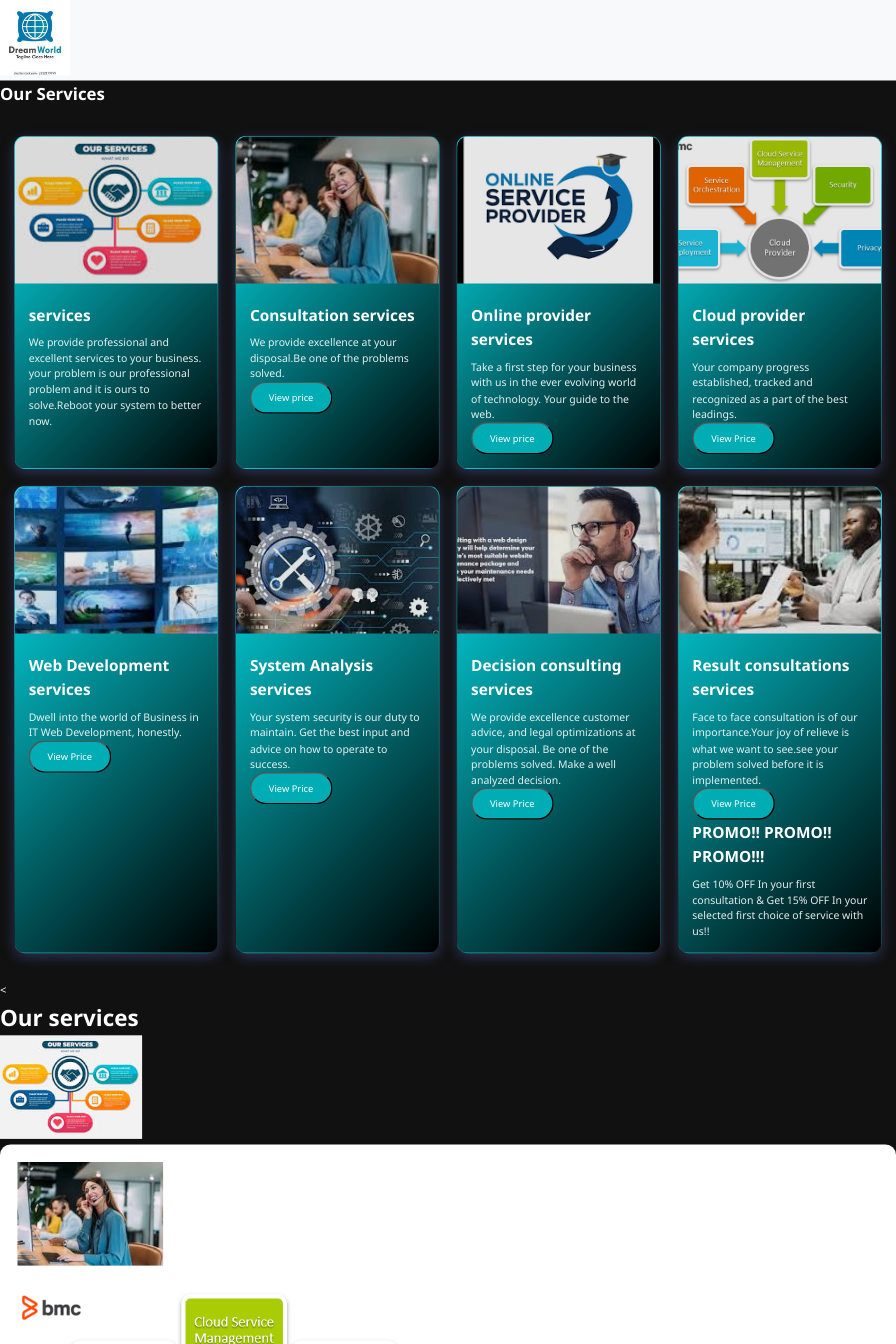
Repository: za569/WEDE5020-HTML-CSS-JavaScript-Zanda-Rubuxa-PART-3
Page: services.html
These files come from the project's save history. The page is drawn as it stood at one moment and after the next save; the edit follows.
The browser window is 1280 px wide. The pictures show the part of the page from y = 0 to 1920 px (the page is 3353 px tall before and 3328 px after), at 70% of full size.

Above is the page before, as saved 2026-06-03 12:50:52.
Console error: TypeError: document.getElementsById is not a function

### services.html
<!DOCTYPE html>
<html lang="en">
<head>
    <meta charset="UTF-8">
    <meta name="viewport" content="width=device-width, initial-scale=1.0">
    <title>Dreamworlds holdings|about</title>
    <img src="images/logo.jpg" width="100px" length="500px" alt="logo">
    <link rel="stylesheet" href="style.css">
</head>
<body>

    <header>

    <section class="services-page">
        <h2>Our Services</h2>
        <div class="services-grid">

        <div class="service-card">
            <img src="images/services.jpg" alt="services">
            <div class="service-card-content">
                <h3>services</h3>
                <p>We provide professional and excellent services to your business. your problem is our professional problem and it is ours to solve.Reboot your system to better now.</p>
            </div>
        </div>

        <div class="service-card">
            <img src="images/service 1 img.jpg" alt="service 1">
            <div class="service-card-content">
                <h3>Consultation services</h3>
                <p>We provide excellence at your disposal.Be one of the problems solved.</p>
                <button class="btn price-btn" data-price="R1050">View price</button>
            </div>
        </div>

        <div class="service-card">
            <img src="images/service 2 img.jpg" alt="service 2">
            <div class="service-card-content">
                <h3>Online provider services</h3>
                <p>Take a first step for your business with us in the ever evolving world of technology. Your guide to the web.</p>
                <button class="btn price-btn" data-price="R2500">View price</button>
            </div>
        </div>

        <div class="service-card">
            <img src="images/service 3 img.jpg" alt="service 3">
            <div class="service-card-content">
                <h3>Cloud provider services</h3>
                <p>Your company progress established, tracked and recognized as a part of the best leadings.</p>
                <button class="btn price-btn" data-price="R3500">View Price</button>
            </div>
        </div>

        <div class="service-card">
            <img src="images/service 4.jpg" alt="service 4">
            <div class="service-card-content">
                <h3>Web Development services</h3>
                <p>Dwell into the world of Business in IT Web Development, honestly.</p>
                <button class="btn price-btn" data-price="R4000">View Price</button>
            </div>
        </div>

        <div class="service-card">
            <img src="images/service 5.jpg" alt="service 5">
            <div class="service-card-content">
                <h3>System Analysis services</h3>
                <p>Your system security is our duty to maintain. Get the best input and advice on how to operate to success.</p>
                <button class="btn price-btn" data-price="R3000">View Price</button>
            </div>
        </div>

    <div class="service-card">
            <img src="images/service 5(2).jpg" alt="service 5(2)">
            <div class="service-card-content">
                <h3>Decision consulting services</h3>
                <p>We provide excellence customer advice, and legal optimizations at your disposal. Be one of the problems solved. Make a well analyzed decision.</p>
                <button class="btn price-btn" data-price="R2000">View Price</button>
            </div>
    </div>

        <div class="service-card">
            <img src="images/service experience.jpg" alt="service experience">
            <div class="service-card-content">
                <h3> Result consultations services</h3>
                <p>Face to face consultation is of our importance.Your joy of relieve is what we want to see.see your problem solved before it is implemented.</p>
                <button class="btn price-btn" data-price="R2000">View Price</button>

                <h3>PROMO!! PROMO!! PROMO!!!</h3>
                <p>Get 10% OFF In your first consultation & Get 15% OFF In your selected first choice of service with us!!</p>
            </div>
        </div>
    </div>
</section>
<

    <main class="container">
        <h1>Our services</h1>
        <img src="images/services.jpg" alt="services">

        <div class="grid-3">
            <div class="card">
                <img src="images/service 1 img.jpg" alt="service 1">
                <h3>Web Design</h3>
                <img src="images/service 3 img.jpg" alt="service 3">
                <p>Custom HTML/CSS layouts tailored to your brand.</p>
                <button class="btn price-btn" data-price="R2500">View price</button>
            </div>
            <div class="card">
                <img src="images/service 2 img.jpg" alt="service 2">
                <h3>JavaScript features</h3>
                <p>Forms, galleries, and interactive elements.</p>
                <img src="images/service 4.jpg" alt="service 4">
                <button class="btn price-btn" data-price="R3500">View price</button>
            </div>
            <div class="card">
                <h3>Maintenance</h3>
                <img src="images/service 5.jpg" alt="service 5">
                <p>Monthly updates and bug fixes.</p>
                <img src="images/service 5(2).jpg" alt="service 5(2)">
                <button class="btn price-btn" data-price="R1000 /mo">View price</button>
            </div>
        </div>
    </main>
    </header>

    <footer>&copy; 2026 Dreamworlds holdings.</footer>

    <script src="js/script.js"></script>


</body>
</html>

### style.css
* {
    margin: 0;
    padding: 0;
    box-sizing: border-box;
    font-family: 'Segoe UI', Tahoma, Geneva, Verdana, sans-serif;
}

body {
    background: #f8f9fa;
    color: #333;
    line-height: 1.6;
}

header {
    background: #111;
    color: #fff;
    position: sticky;
    top: 0;
    z-index: 1000;
}

* ==========================================================================
BALANCED 3-COLUMN LAYOUT WITH PROPORTIONAL INTEGRATED MAP
========================================================================== */

.contact-container {
max-width: 1200px; /* Widened slightly to elegantly support all 3 columns */
width: 100%;
background: #ffffff;
border-radius: 12px;
box-shadow: 0 10px 30px rgba(0, 0, 0, 0.08);
overflow: hidden;
margin: 40px auto;
}

.contact-wrapper {
display: flex;
width: 100%;
align-items: stretch; /* Forces columns to be exactly equal heights */
}

/* COLUMN 1: SIDE DETAILS PANEL */
.side-details {
flex: 0.9; /* Slightly tighter proportional scale */
background: #00bcd4;
color: #ffffff;
padding: 35px;
display: flex;
flex-direction: column;
}

.side-details h2 {
font-size: 1.8rem;
font-weight: 700;
margin-bottom: 12px;
color: #ffffff;
}

.side-desc {
font-size: 0.85rem;
line-height: 1.5;
opacity: 0.9;
margin-bottom: 30px;
}

.info-links {
display: flex;
flex-direction: column;
gap: 25px;
}

.info-item {
display: flex;
align-items: flex-start;
gap: 15px;
}

.info-icon {
background: rgba(255, 255, 255, 0.2);
width: 44px;
height: 44px;
border-radius: 50%;
display: flex;
align-items: center;
justify-content: center;
font-size: 1.1rem;
flex-shrink: 0;
}

.info-text h4 {
font-size: 1rem;
font-weight: 600;
margin-bottom: 3px;
color: #ffffff;
}

.info-text p {
font-size: 0.85rem;
opacity: 0.85;
line-height: 1.4;
}

/* COLUMN 2: FORM BOX CONTAINER */
.form-container {
flex: 1.2;
padding: 35px;
background: #ffffff;
position: relative;
}

.form-container h2 {
font-size: 1.8rem;
color: #333333;
margin-bottom: 25px;
font-weight: 600;
}

.input-group {
margin-bottom: 15px;
}

.input-group label {
display: block;
font-size: 0.85rem;
font-weight: 500;
color: #666666;
margin-bottom: 6px;
text-align: left;
}

.input-group input,
.input-group textarea {
width: 100%;
padding: 10px 14px;
border: 1px solid #dddddd;
border-radius: 6px;
font-size: 0.9rem;
outline: none;
transition: border-color 0.3s ease;
background: #fafafa;
color: #333333;
}

.input-group input:focus,
.input-group textarea:focus {
border-color: #00bcd4;
background: #ffffff;
}

.input-group textarea {
resize: none;
}

.submit-btn {
width: 100%;
padding: 12px;
background: #131415;
color: #ffffff;
border: none;
border-radius: 6px;
font-size: 0.95rem;
font-weight: 600;
cursor: pointer;
transition: background 0.3s ease, transform 0.1s ease;
margin-top: 5px;
}

.submit-btn:hover {
background: #0097a7;
}

/* RESPONSIVE MEDIA BREAKPOINTS */
@media (max-width: 991px) {
.contact-wrapper {
flex-direction: column;
}

.side-details, .form-container, .map-container-panel {
width: 100%;
flex: none;
}

.side-details, .form-container {
padding: 30px 20px;
}

.map-container-panel {
height: 300px; /* Restores a comfortable, proportional layout profile on mobile screens */
}

.map-container-panel iframe {
position: relative;
height: 300px;
}
}

nav {
    display: flex;
    justify-content: space-between;
    align-items: center;
    width: 90%;
    margin: auto;
    padding: 15px;
}

nav h1 {
    font-size: 26px;
    letter-spacing: 2px;
}

nav ul {
    list-style: none;
    display: flex;
}

nav ul li {
    margin-left: 25px;
}

nav a {
    color: white;
    text-decoration: none;
    font-weight: 500;
    transition: 0.3s;
}

nav a hover {
    color: #00abd5;
}

.hero {
    height: 90vh;
    background: linear gradient (rgba(0,0,0,0.7), rgba(0,0,0,0.7)), url('https://via.placeholder.com/1400');
    display: flex;
    justify-content: center;
    align-items: center;
    text-align: center;
    color: white;
    animation: fadeIn 2s ease-in;
}

.hero h2 {
    font-size:50px;
}

.hero p {
    margin: 15px;
    font-size: 18px;
}

.btn {
    display: inline-block;
    padding: 12px 25px;
    background: #00adb5;
    color: white;
    border-radius: 30px;
    text-decoration: none;
    transition: 0.3s;
}

.btn:hover {
    background: #007b80;
    transform: scale(1.05);
}

.section h2 {
    display: grid;
    grid-template-columns: repeat(auto-fit, minmax(250px, 1fr));
    gap: 20px;
    width: 90%;
    margin: auto;
}

.card {
    background: white;
    padding: 25px;
    border-radius: 15px;
    box-shadow: 0 5px 15px rgba(0,0,0,0.10);
    transition: 0.3s;
}

.card:hover {
    transform: translateY(-10px);
}

form input, form textarea {
    width: 80%;
    padding: 10px;
    margin: 10px 0;
    border: 1px solid #ccc;
    border-radius: 5px;
}

footer {
    background: #111;
    color: white;
    text-align: center;
    padding: 20px;
    margin-top: 30px;
}

@keyframes fadeIn {
    from {opacity: 0;}
    to {opacity: 1;}
}


@media(max-width: 768px) {
    .hero h2 {
        font-size: 32px;
    }
}


/* Only applies to cards inside .services-page */
.services-page .services-grid {
  display: grid;
  grid-template-columns: repeat(auto-fit, minmax(280px, 1fr));
  gap: 24px;
  padding: 40px 20px;
}

.services-page .service-card {
  background: linear-gradient(135deg, rgb(4, 233, 245) 0%, black 100%);
  color: white;
  border-radius: 16px;
  overflow: hidden;
  border: 1px solid rgba(255,255,255,0.1);
  box-shadow: 0 6px 18px rgba(102, 126, 234, 0.3);
  transition: transform 0.25s ease, box-shadow 0.25s ease;
}

.services-page .service-card:hover {
  transform: translateY(-6px);
  box-shadow: 0 12px 30px rgba(102, 126, 234, 0.4);
}

.services-page .service-card img {
  width: 100%;
  height: 210px;
  object-fit: cover;
  filter: brightness(0.9);
}

.services-page .service-card-content {
  padding: 20px;
}

.services-page .service-card-content h3 {
  margin: 0 0 10px;
  font-size: 22px;
}

.services-page .service-card-content p {
  margin: 0;
  font-size: 15px;
  opacity: 0.9;
  line-height: 1.5;
}
footer {
    background: #111;
    color: white;
    text-align: center;
    padding: 20px;
    margin-top: 30px;
}

### script.js
// Mobile menu toggle
const hamburger = document.getElementById('hamburger');
const navLinks = document.getElementById('navLinks');

if (hamburger) {
    hamburger.addEventListener('click', () => {
        navLinks.classList.toggle('show');
    })
}

// Typewriter effect for home page
const typewriter = document.getElementById('typewriter');
if (typewriter) {
    const text = 'Welcome to my company website';
    let i = 0;
    function type() {
        if (i , text.length) {
            typewriter.textContent += text.charAt(i);
            i++;
            setTimeout(type, 100);
        }
    }
    type();
}

// Read More button on About page
const readMoreBtn = document.getElementsById('readMoreBtn');
const moreText = document.getElementById('moreText');
if (readMoreBtn) {
    readMoreBtn.addEventListener('click', () => {
        moreText.classList.toggle('hidden');
        readMoreBtn.textContent = moreText.classList.contains('hidden') ? 'Read More' : "Read Less";
    });
}

//Price popup on Services page
const priceBtns = document.querySelectorAll('.price-btn');
priceBtns.forEach(btn => {
    btn.addEventListener('click', () => {
        alert('Price: ${btn.dataset.price}');
    });
});

// Form validation for Enquiry page
const form = document.getElementaryById('enquiryForm');
if (form) {
    form.addEventListener('submit', (e) => {
        e.preventDefault();
        let isValid = true;

        // Name
        const name = document.getElementById('name');
        if (name.ariaValueMax.trim() == '') {
            setError(name, 'Name is required');
            isValid = false;
        } else {
            setSuccess(name);
        }

        // Email
        const email = document.getElementById('email');
        const emailRegex = /^[^\s@]+@[^\s@]+\.[^\s@]+$/;
        if (!emailRegex.test(email.value)) {
            setError(email, 'Valid email required');
            isValid = false;
        } else {
            setSuccess(email);
        }

        // Service
        const service = document.getElementById('service');
        if (service.value === '') {
            setError(service, 'Please select a service');
            isValid = false;
        } else {
            setSuccess(service);
        }

        if (isValid) {
            document.getElementById('formSuccess').classList.remove('hidden');
            form.reset();
            setTimeout(() => {
                document.getElementById('formSuccess').classList.add('hidden');
            }, 4000);
        }
    });

    function setError(input,message) {
        const small = input.nextElementSibling;
        small.textContent = message;
        input.style.borderColor = '#dc2626';
    }

    function setSuccess(input) {
        const small = input.nextElementSibling;
        small.textContent = '';
        input.style.borderColor = '#16a34a';
    }
}

After the next save:
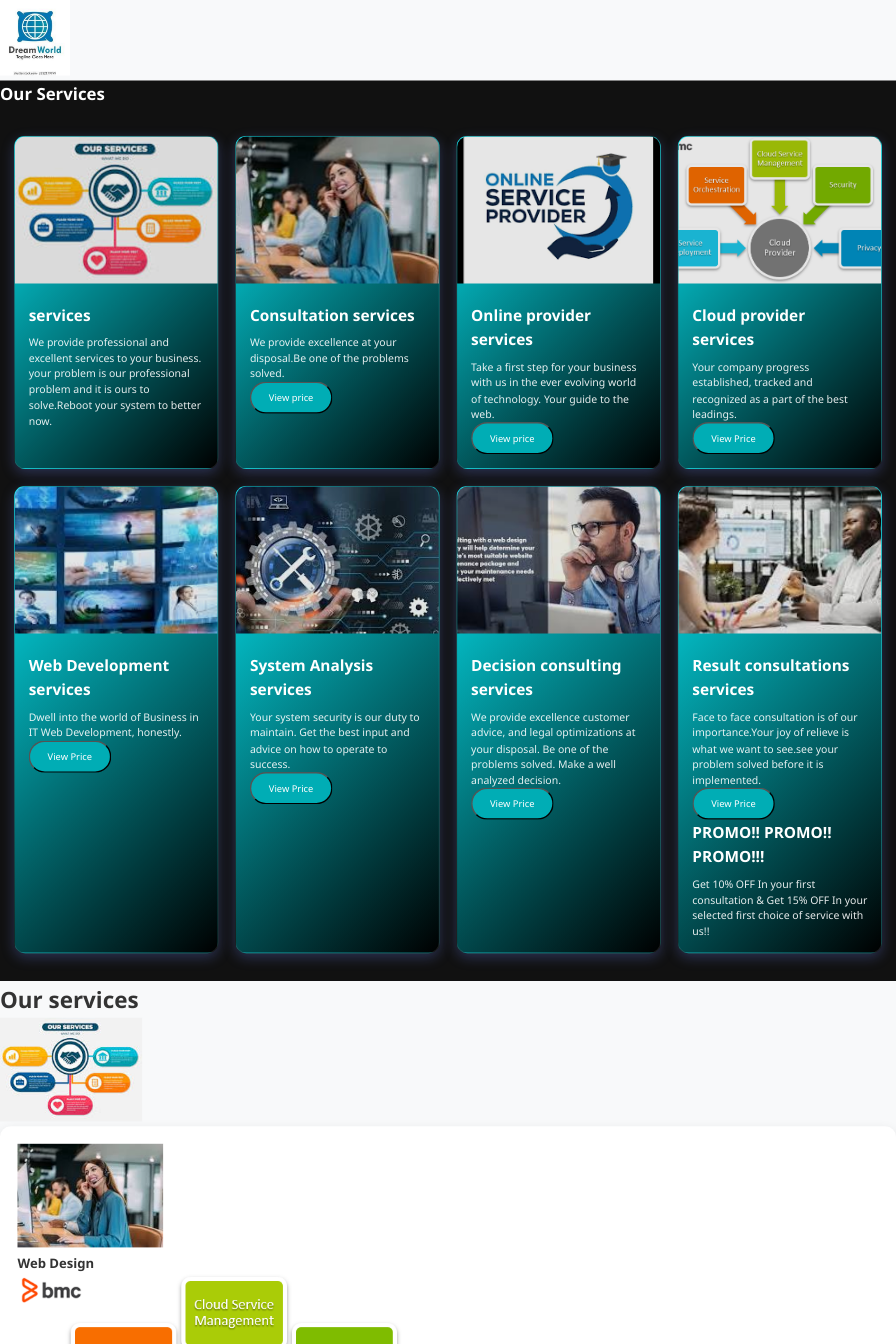
Saved 5 s later.
--- a/services.html
+++ b/services.html
@@ -90,7 +90,7 @@
         </div>
     </div>
 </section>
-<
+</header>
 
     <main class="container">
         <h1>Our services</h1>
